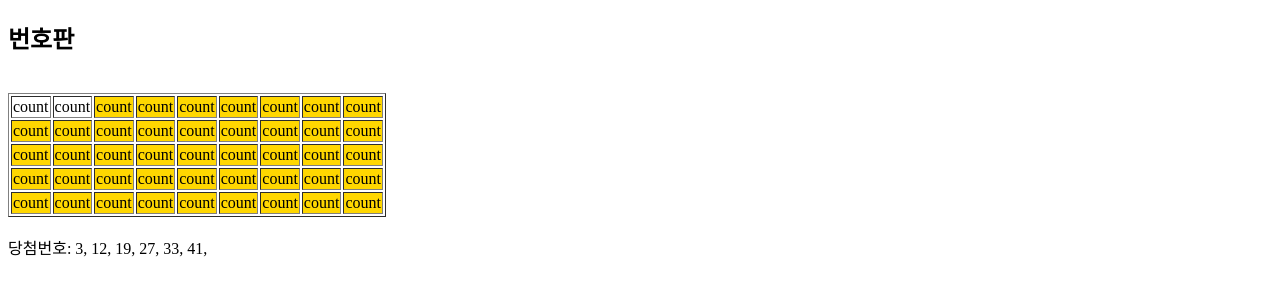
Repository: lhk21go-commits/Jsp2026
Page: http://localhost/chapter01/example_lotto.jsp
An editor plug-in stored every save of this project. The page is shown before and after the next save, followed by the edit.
The browser window is 1280 px wide. The pictures show the whole page.
The page is served by Tomcat 9.

Above is the page before, as saved 2026-10-16 07:48:50.

After the next save:
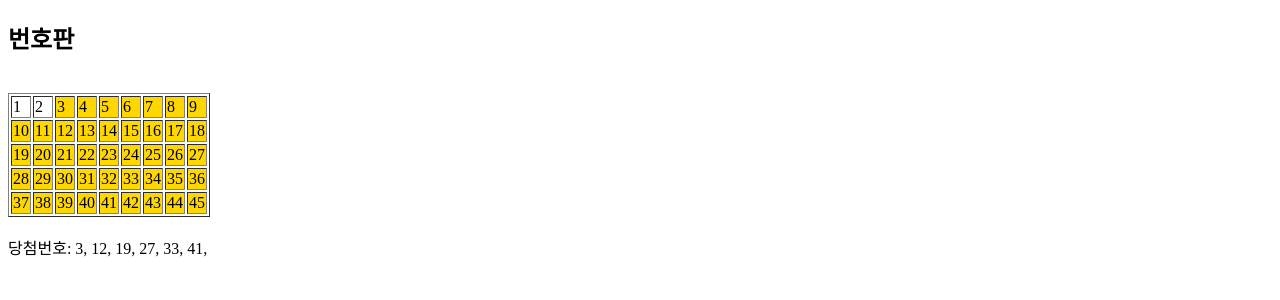
Saved 76 s later.
--- a/chapter01/src/main/webapp/example_lotto.jsp
+++ b/chapter01/src/main/webapp/example_lotto.jsp
@@ -27,7 +27,7 @@
 		for(int i=1; i<=5; i++){	%>
 		<tr>
 			<%	for(int j=1; j<=9; j++){	%>
-			<td style= background-color:<%=isWinning(count) ? "gold" : "white" %>>count</td>
+			<td style= background-color:<%=isWinning(count) ? "gold" : "white" %>><%=count %></td>
 			<% count++;
 			}; %>
 		</tr>
